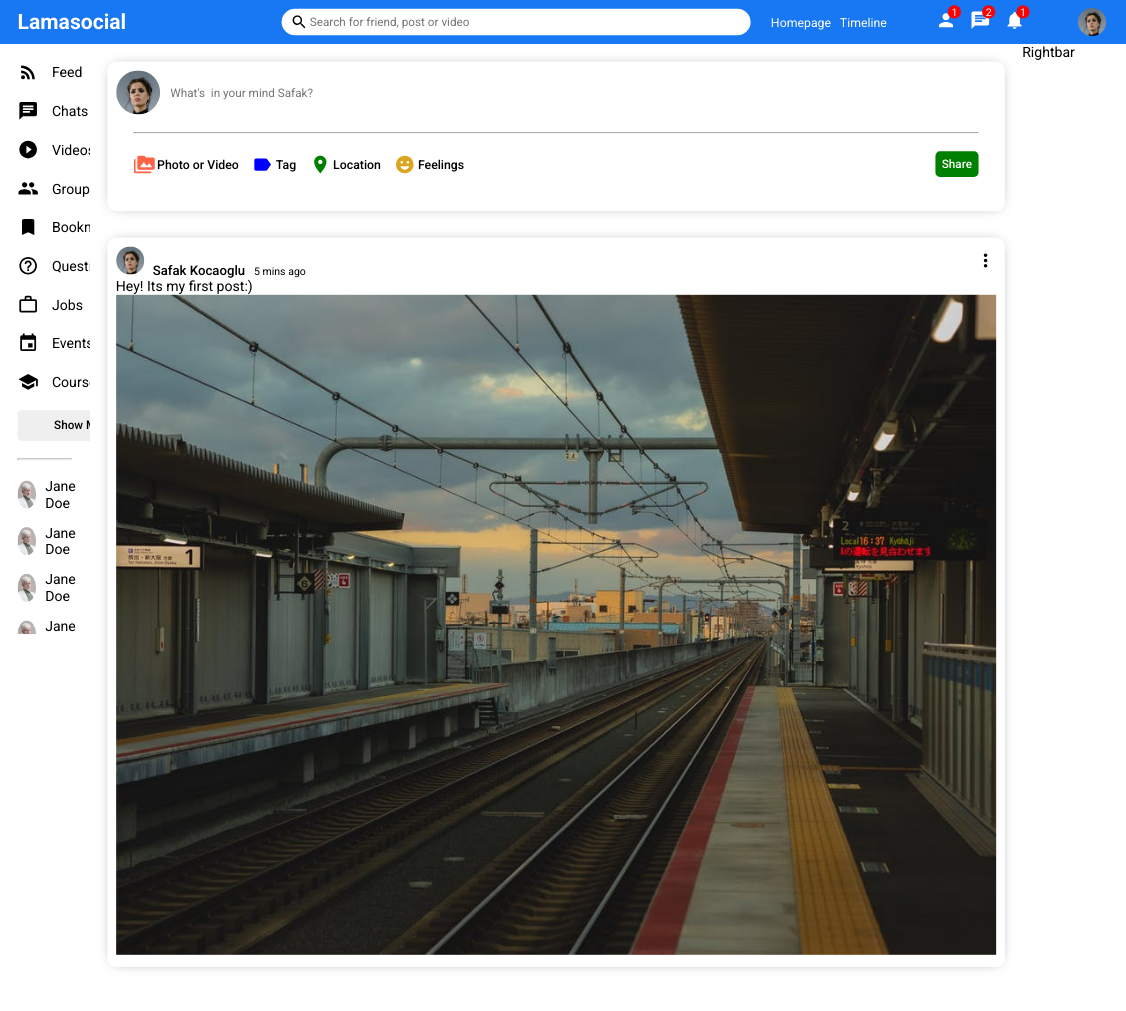
Repository: nazlinres01/react-social
Page: / (app in client/)
The author's editor kept a copy of each file at every save. The page is drawn from the files as they stood at one save, then again after the next save.
The browser window is 1280 px wide. The pictures show the whole page, at 88% of full size.
The project was rebuilt for these pictures with package versions that can differ from the ones it lists, and the page was loaded fresh each time.

Above is the page before, as saved 2024-06-13 11:29:28.

### client/public/index.html
<!DOCTYPE html>
<html lang="en">

<head>
  <meta charset="utf-8" />
  <meta name="viewport" content="width=device-width, initial-scale=1" />
  <meta name="description" content="Web site created using create-react-app" />
  <link
    href="https://fonts.googleapis.com/css2?family=Roboto:ital,wght@0,100;0,300;0,400;0,500;0,700;0,900;1,100;1,300;1,400;1,500;1,700;1,900&display=swap"
    rel="stylesheet">
    <link rel="stylesheet" href="style.css">
  <title>Social App</title>
</head>

<body>
  <noscript>You need to enable JavaScript to run this app.</noscript>
  <div id="root"></div>
</body>

</html>

### client/src/App.js
import Home from "./pages/home/Home";

function App() {
  return <Home />
}

export default App;

### client/src/pages/home/Home.jsx
import Feed from "../../components/feed/Feed";
import Rightbar from "../../components/rightbar/Rightbar";
import Sidebar from "../../components/sidebar/Sidebar";
import Topbar from "../../components/topbar/Topbar";
import "./home.css"

export default function Home() {
    return (
        <>
            <Topbar />
            <div className="homeContainer">
                <Sidebar />
                <Feed />
                <Rightbar />

            </div>

        </>
    );
}

### client/src/components/feed/Feed.jsx
import Post from "../post/Post"
import Share from "../share/Share"
import "./feed.css"

export default function Feed() {
    return (
        <div className="feed">
            <div className="feedWrapper">
                <Share />
                <Post />

            </div>
        </div>
    )
}

### client/src/components/rightbar/Rightbar.jsx
import "./rightbar.css"

export default function Rightbar() {
    return (
        <div className="rightbar">
            Rightbar</div>
    )
}

### client/src/components/sidebar/Sidebar.jsx
import "./sidebar.css"
import { Bookmark, Chat, Event, Group, HelpOutline, PlayCircleFilledOutlined, RssFeed, School, WorkOutline } from "@material-ui/icons"

export default function Sidebar() {
    return (
        <div className="sidebar">
            <div className="sidebarWrapper">
                <ul className="sidebarList">
                    <li className="sidebarListItem">
                        <RssFeed className="sidebarIcon" />
                        <span className="sidebarListItemText">Feed</span>
                    </li>
                    <li className="sidebarListItem">
                        <Chat className="sidebarIcon" />
                        <span className="sidebarListItemText">Chats</span>
                    </li>
                    <li className="sidebarListItem">
                        <PlayCircleFilledOutlined className="sidebarIcon" />
                        <span className="sidebarListItemText">Videos</span>
                    </li>
                    <li className="sidebarListItem">
                        <Group className="sidebarIcon" />
                        <span className="sidebarListItemText">Groups</span>
                    </li>
                    <li className="sidebarListItem">
                        <Bookmark className="sidebarIcon" />
                        <span className="sidebarListItemText">Bookmarks</span>
                    </li>
                    <li className="sidebarListItem">
                        <HelpOutline className="sidebarIcon" />
                        <span className="sidebarListItemText">Questions</span>
                    </li>
                    <li className="sidebarListItem">
                        <WorkOutline className="sidebarIcon" />
                        <span className="sidebarListItemText">Jobs</span>
                    </li>
                    <li className="sidebarListItem">
                        <Event className="sidebarIcon" />
                        <span className="sidebarListItemText">Events</span>
                    </li>
                    <li className="sidebarListItem">
                        <School className="sidebarIcon" />
                        <span className="sidebarListItemText">Courses</span>
                    </li>
                </ul>
                <button className="sidebarButton">Show More</button>
                <hr className="sidebarHr" />
                <ul className="sidebarFriendList">
                    <li className="sidebarFriend">
                        <img className="sidebarFriendImg" src="/assets/person/2.jpeg" alt="" />
                        <span className="sidebarFriendName">Jane Doe</span>
                    </li>
                    <li className="sidebarFriend">
                        <img className="sidebarFriendImg" src="/assets/person/2.jpeg" alt="" />
                        <span className="sidebarFriendName">Jane Doe</span>
                    </li>
                    <li className="sidebarFriend">
                        <img className="sidebarFriendImg" src="/assets/person/2.jpeg" alt="" />
                        <span className="sidebarFriendName">Jane Doe</span>
                    </li>
                    <li className="sidebarFriend">
                        <img className="sidebarFriendImg" src="/assets/person/2.jpeg" alt="" />
                        <span className="sidebarFriendName">Jane Doe</span>
                    </li>
                    <li className="sidebarFriend">
                        <img className="sidebarFriendImg" src="/assets/person/2.jpeg" alt="" />
                        <span className="sidebarFriendName">Jane Doe</span>
                    </li>
                    <li className="sidebarFriend">
                        <img className="sidebarFriendImg" src="/assets/person/2.jpeg" alt="" />
                        <span className="sidebarFriendName">Jane Doe</span>
                    </li>
                    <li className="sidebarFriend">
                        <img className="sidebarFriendImg" src="/assets/person/2.jpeg" alt="" />
                        <span className="sidebarFriendName">Jane Doe</span>
                    </li>
                    <li className="sidebarFriend">
                        <img className="sidebarFriendImg" src="/assets/person/2.jpeg" alt="" />
                        <span className="sidebarFriendName">Jane Doe</span>
                    </li>
                    <li className="sidebarFriend">
                        <img className="sidebarFriendImg" src="/assets/person/2.jpeg" alt="" />
                        <span className="sidebarFriendName">Jane Doe</span>
                    </li>
                    <li className="sidebarFriend">
                        <img className="sidebarFriendImg" src="/assets/person/2.jpeg" alt="" />
                        <span className="sidebarFriendName">Jane Doe</span>
                    </li>
                    <li className="sidebarFriend">
                        <img className="sidebarFriendImg" src="/assets/person/2.jpeg" alt="" />
                        <span className="sidebarFriendName">Jane Doe</span>
                    </li>
                    <li className="sidebarFriend">
                        <img className="sidebarFriendImg" src="/assets/person/2.jpeg" alt="" />
                        <span className="sidebarFriendName">Jane Doe</span>
                    </li>
                    <li className="sidebarFriend">
                        <img className="sidebarFriendImg" src="/assets/person/2.jpeg" alt="" />
                        <span className="sidebarFriendName">Jane Doe</span>
                    </li>
                </ul>
            </div>
        </div>
    )
}

### client/src/components/topbar/Topbar.jsx
import "./topbar.css"
import { Search, Person, Chat, Notifications } from "@material-ui/icons"

export default function Topbar() {
  return (
    <div className="topbarContainer">
      <div className="topbarLeft">
        <span className="logo">Lamasocial</span>
      </div>
      <div className="topbarCenter">
        <div className="searchbar">
          <Search className="searchIcon" />
          <input placeholder="Search for friend, post or video" className="searchInput" />
        </div>
      </div>
      <div className="topbarRight">
        <div className="topbarLinks">
          <span className="topbarLink">Homepage</span>
          <span className="topbarLink">Timeline</span>
        </div>
        <div className="topbarIcons">
          <div className="topbarIconItem">
            <Person />
            <span className="topbarIconBadge">1</span>
          </div>
          <div className="topbarIconItem">
            <Chat />
            <span className="topbarIconBadge">2</span>
          </div>
          <div className="topbarIconItem">
            <Notifications />
            <span className="topbarIconBadge">1</span>
          </div>
        </div>
        <img src="/assets/person/1.jpeg" alt="" className="topbarImg" />
      </div>

    </div>
  )
}

### client/src/components/post/Post.jsx
import { MoreVert } from "@material-ui/icons"
import "./post.css"

export default function Post() {
    return (
        <div className="post">
            <div className="postWrapper">
                <div className="postTop">
                    <div className="postTopLeft">
                        <img src="/assets/person/1.jpeg" alt="" className="postProfileImg" />
                        <span className="postUsername">Safak Kocaoglu</span>
                        <span className="postDate">5 mins ago</span>

                    </div>
                    <div className="postTopRight">
                        <MoreVert />
                    </div>

                </div>
                <div className="postCenter">
                    <span className="postText">Hey! Its my first post:)</span>
                    <img className="postImg" src="assets/post/1.jpeg" alt="" />
                </div>
                <div className="postBottom">
                    <div className="postBottomLeft"></div>
                    <div className="postBottomRight"></div>

                </div>

            </div>

        </div>
    )
}

### client/src/components/share/Share.jsx
import "./share.css";
import { PermMedia, Label, Room, EmojiEmotions } from "@material-ui/icons";

export default function Share() {
    return (
        <div className="share">
            <div className="shareWrapper">
                <div className="shareTop">
                    <img src="/assets/person/1.jpeg" alt="" className="shareProfileImg" />
                    <input placeholder="What's  in your mind Safak?" className="shareInput" />
                </div>
                <hr className="shareHr" />
                <div className="shareBottom">
                    <div className="shareOptions">
                        <div className="shareOption">
                            <PermMedia htmlColor="tomato" className="shareIcon" />
                            <span className="shareOptionText">Photo or Video</span>
                        </div>
                        <div className="shareOption">
                            <Label htmlColor="blue" className="shareIcon" />
                            <span className="shareOptionText">Tag</span>
                        </div>
                        <div className="shareOption">
                            <Room htmlColor="green" className="shareIcon" />
                            <span className="shareOptionText">Location</span>
                        </div>
                        <div className="shareOption">
                            <EmojiEmotions htmlColor="goldenrod" className="shareIcon" />
                            <span className="shareOptionText">Feelings</span>
                        </div>
                    </div>
                    <button className="shareButton">Share</button>
                </div>
            </div>
        </div>
    )
}

### client/src/components/rightbar/rightbar.css
.rightbar {
    flex: 3.5;
}

### client/src/components/sidebar/sidebar.css
.sidebar {
    flex: 3;
    height: calc(100vh - 50px);
    overflow-y: scroll;
}

::-webkit-scrollbar {
    width: 5px;
}

::-webkit-scrolbar-track {
    background-color: #f1f1f1;
}

::-webkit-scrollbar-thumb {
    background-color: rgb(179, 179, 179);
}

.sidebarWrapper {
    padding: 20px;
}

.sidebarList {
    padding: 0;
    margin: 0;
    list-style: none;
}

.sidebarListItem {
    display: flex;
    align-items: center;
    margin-bottom: 20px;
}

.sidebarIcon {
    margin-right: 15px;
}

.sidebarButton {
    width: 150px;
    border: none;
    padding: 10px;
    border-radius: 5px;
    font-weight: 500;
}

.sidebarHr {
    margin: 20px 0;
}

.sidebarFriendList {
    padding: 0;
    margin: 0;
    list-style: none;
}

.sidebarFriend {
    display: flex;
    align-items: center;
    margin-bottom: 15px;
}

.sidebarFriendImg {
    width: 32px;
    height: 32px;
    border-radius: 50%;
    object-fit: cover;
    margin-right: 10px;
}

### client/src/components/topbar/topbar.css
.topbarContainer {
    height: 50px;
    width: 100%;
    background-color: #1877f2;
    display: flex;
    align-items: center;
    position: sticky;
    top: 0;
}

.topbarLeft {
    flex: 3;
}

.logo {
    font-size: 24px;
    margin-left: 20px;
    font-weight: bold;
    color: white;
    cursor: pointer;
}

.topbarCenter {
    flex: 5;
}

.searchbar {
    width: 100%;
    height: 30px;
    background-color: white;
    border-radius: 30px;
    display: flex;
    align-items: center;
}

.searchIcon {
    font-size: 20px !important;
    margin-left: 10px;
}

.searchInput {
    border: none;
    width: 70%;
}

.searchInput:focus {
    outline: none;
}

.topbarRight {
    flex: 4;
    display: flex;
    align-items: center;
    justify-content: space-around;
    color: white;
}

.topbarLink {
    margin-right: 10px;
    font-size: 14px;
    cursor: pointer;
}

.topbarIcons {
    display: flex;
}

.topbarIconItem {
    margin-right: 15px;
    cursor: pointer;
    position: relative;

}

.topbarIconBadge {
    width: 15px;
    height: 15px;
    background-color: red;
    border-radius: 50%;
    color: white;
    position: absolute;
    top: -5px;
    right: -5px;
    display: flex;
    align-items: center;
    justify-content: center;
    font-size: 12px;
}

.topbarImg {
    width: 32px;
    height: 32px;
    border-radius: 50%;
    object-fit: cover;
    cursor: pointer;
}

### client/src/components/post/post.css
.post {
    width: 100%;
    border-radius: 10px;
    -webkit-box-shdow: 0px 0px 16px -8px rgba(0, 0, 0, 0.68);
    box-shadow: 0px 0px 16px -8px rgba(0, 0, 0, 0.68);
    margin: 30px 0;
}

.postWrapper {
    padding: 10px;
}

.postTop {
    display: flex;
    align-items: center;
    justify-content: space-between;
}

.portTopLeft {
    display: flex;
    align-items: center;
}

.postProfileImg {
    width: 32px;
    height: 32px;
    border-radius: 50%;
    object-fit: cover;
}

.postUsername {
    font-size: 15px;
    font-weight: 500;
    margin: 0 10px;
}

.postDate {
    font-size: 12px;
}

### client/src/components/share/share.css
.share {
    width: 100%;
    height: 170px;
    border-radius: 10px;
    -webkit-box-shdow: 0px 0px 16px -8px rgba(0, 0, 0, 0.68);
    box-shadow: 0px 0px 16px -8px rgba(0, 0, 0, 0.68);
}

.shareWrapper {
    padding: 10px;
}

.shareTop {
    display: flex;
    align-items: center;
}

.shareProfileImg {
    width: 50px;
    height: 50px;
    border-radius: 50%;
    object-fit: cover;
    margin-right: 10px;
}

.shareInput {
    border: none;
    width: 80%;
}

.shareInput:focus {
    outline: none;
}

.shareHr {
    margin: 20px;
}

.shareBottom {
    display: flex;
    align-items: center;
    justify-content: space-between;
}

.shareOptions {
    display: flex;
    margin-left: 20px;
}

.shareOption {
    display: flex;
    align-items: center;
    margin-right: 15px;
    cursor: pointer;
}

.shareIcon {
    font-size: 18px;
    margin-right: 3px
}

.shareOptionText {
    font-size: 14px;
    font-weight: 500;
}

.shareButton {
    border: none;
    padding: 7px;
    border-radius: 5px;
    background-color: green;
    font-weight: 500;
    margin-right: 20px;
    cursor: pointer;
    color: white;
}

Loaded but not shown: client/src/index.js (common file); client/src/pages/home/home.css (common file); client/src/components/feed/feed.css (common file); client/public/style.css (common file)

After the next save:
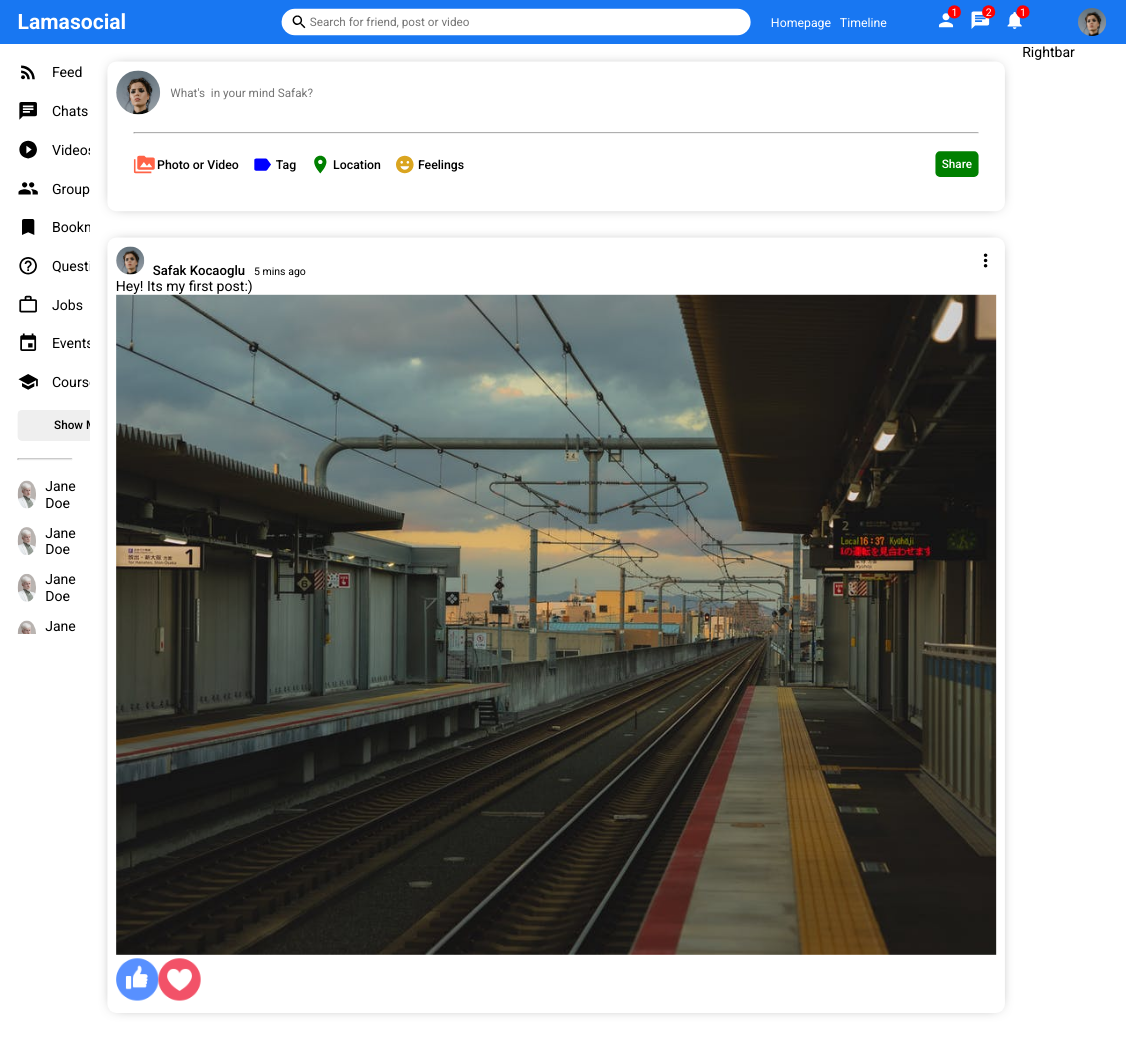
Saved 78 s later.
--- a/client/src/components/post/Post.jsx
+++ b/client/src/components/post/Post.jsx
@@ -22,7 +22,11 @@ export default function Post() {
                     <img className="postImg" src="assets/post/1.jpeg" alt="" />
                 </div>
                 <div className="postBottom">
-                    <div className="postBottomLeft"></div>
+                    <div className="postBottomLeft">
+                        <img src="assets/like.png" alt="" />
+                        <img src="assets/heart.png" alt="" />
+
+                    </div>
                     <div className="postBottomRight"></div>
 
                 </div>
